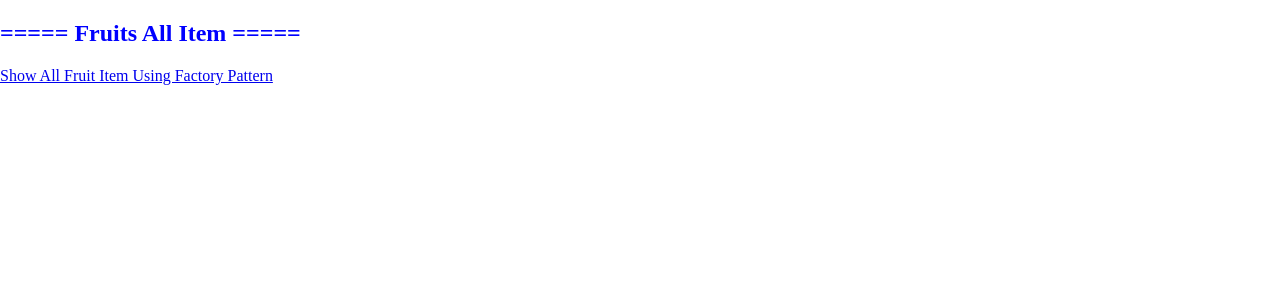
Repository: BaekDoHyeon/Kosta_04_FrontStudy
Page: http://localhost/workshop11/
The author's editor kept a copy of each file at every save. The page is drawn from the files as they stood at one save, then again after the next save.
The browser window is 1280 px wide. The pictures show the whole page.
The page is served by Tomcat 9. Other server files are loaded and not shown.

Above is the page before, as saved 2024-09-05 06:48:30.

### work05_BackEnd/workshop11/src/main/webapp/index.jsp
<%@ page language="java" contentType="text/html; charset=UTF-8"
    pageEncoding="UTF-8"%>
<!DOCTYPE html>
<html>
<head>
<meta charset="UTF-8">
<title>Insert title here</title>
<style type="text/css">
	body {
		margin:0 auto;
	}
</style>
</head>
<body>
<h2 style="color: blue;">===== Fruits All Item =====</h2>
<div><a href="#">Show All Fruit Item Using Factory Pattern</a></div>
</body>
</html>

After the next save:
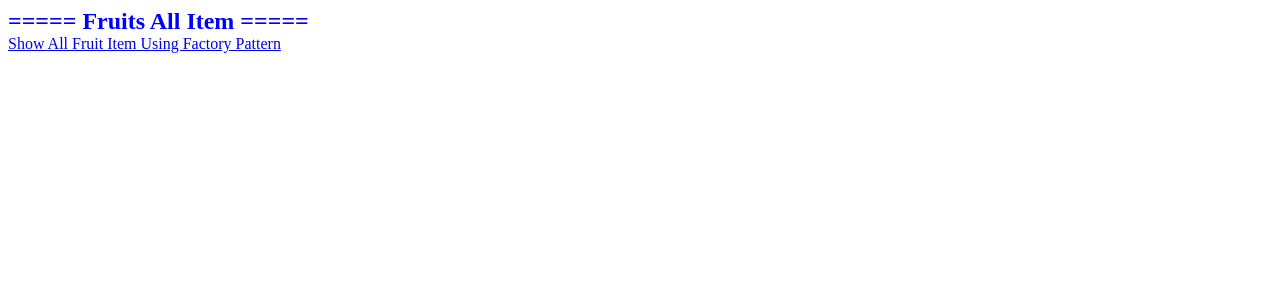
Saved 18 s later.
--- a/work05_BackEnd/workshop11/src/main/webapp/index.jsp
+++ b/work05_BackEnd/workshop11/src/main/webapp/index.jsp
@@ -6,7 +6,8 @@
 <meta charset="UTF-8">
 <title>Insert title here</title>
 <style type="text/css">
-	body {
+	body * {
+		width: 100%;
 		margin:0 auto;
 	}
 </style>
